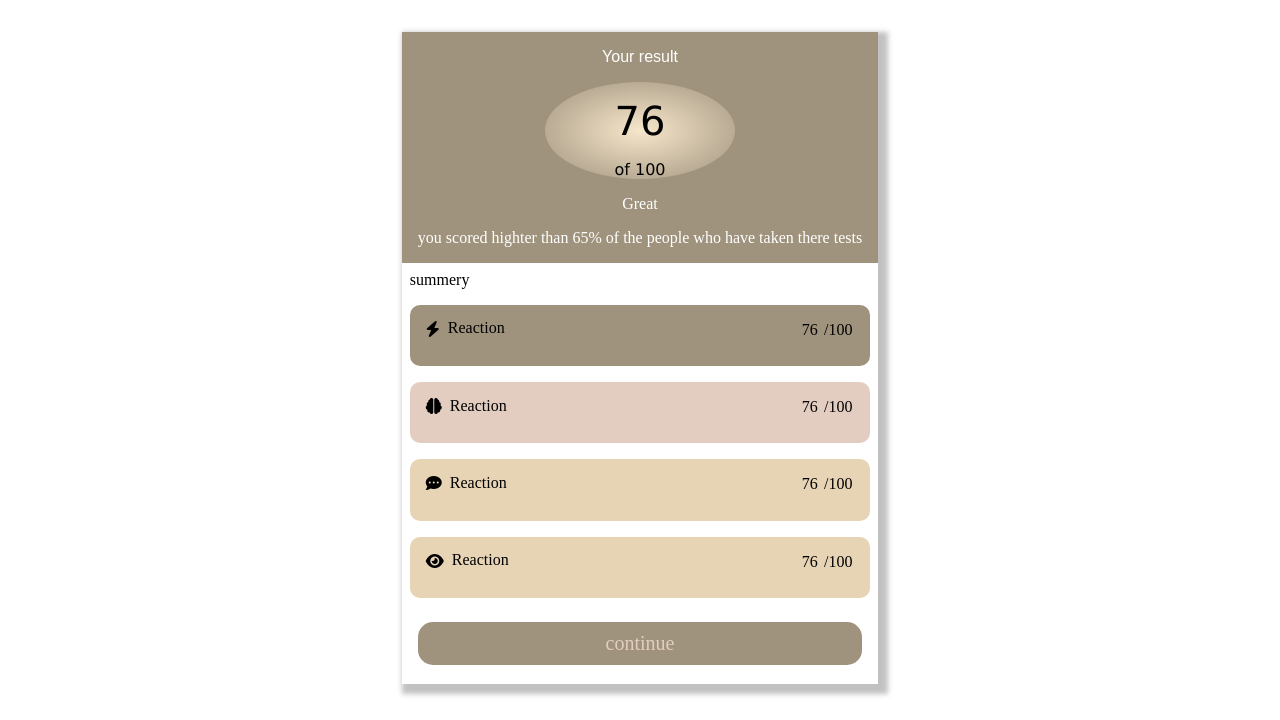
Repository: rahanwz/Card2-raha
Page: card2.html
These files come from the project's save history. The page is drawn as it stood at one moment and after a run of saves; the edit follows.
The browser window is 1280 px wide. The pictures show the whole page.
Some web fonts or font styles are not loaded; a fallback is used. Some web libraries are served in a nearby version.

Above is the page before, as saved 2024-02-21 16:23:34.

### card2.html
<!DOCTYPE html>
<html lang="en">
  <head>
    <meta charset="UTF-8" />
    <meta name="viewport" content="width=device-width, initial-scale=1.0" />
    <title>Document</title>
    <link rel="stylesheet" href="card2.css" />
    <script src="https://kit.fontawesome.com/7f69033cb8.js" crossorigin="anonymous"></script>

   <link rel="preconnect" href="https://fonts.googleapis.com">
<link rel="preconnect" href="https://fonts.gstatic.com" crossorigin>
<link href="https://fonts.googleapis.com/css2?family=Josefin+Sans:ital,wght@0,100..700;1,100..700&family=Protest+Riot&display=swap" rel="stylesheet"></head>
  <body>
    <div class="container">
      <div class="card_container">
        <div class="top_card">
          <p style="color: #fff; font-family:Protest Riot, sans-serif;
  font-weight: 400;
  font-style: normal;">Your result</p>
          <div class="present">
            <p>76</p>
            <p>of 100</p>
          </div>
          <p style="padding-top: 1rem; color: #fff">Great</p>
          <p class="describ" style="color: #fff">
            you scored highter than 65% of the people who have taken there tests
          </p>
        </div>
        <div class="bottom_card">
          <p>summery</p>
          <div class="box box1">
            <p
              style="
                border-top-left-radius: 10px;
                border-bottom-left-radius: 10px;
              "
            >
             <i class="fa-solid fa-bolt"></i> <span style="padding-top: .4rem;">Reaction</span>
            </p>
            <div class="number">
              <p
                style="
                  border-top-right-radius: 10px;
                  border-bottom-right-radius: 10px;
                  padding-top: 1rem;
                "
              >
                <span style="width: 50%; padding: 1rem; margin-top: -1rem"
                  >76</span
                ><span>/</span>100
              </p>
            </div>
          </div>
          <div class="box box2">
            <p
              style="
                border-top-left-radius: 10px;
                border-bottom-left-radius: 10px;

              "
            >
              <i class="fa-solid fa-brain icon"></i><span style="padding-top: .4rem;">Reaction</span>
            </p>
            <div class="number">
              <p
                style="
                  border-top-right-radius: 10px;
                  border-bottom-right-radius: 10px;
                   padding-top: 1rem;
                "
              >
                <span style="width: 50%; padding: 1rem; margin-top: -1rem"
                  >76</span
                ><span>/</span>100
              </p>
            </div>
          </div>

          <div class="box box3">
            <p
              style="
                border-top-left-radius: 10px;
                border-bottom-left-radius: 10px;

              "
            >
              <i class="fa-solid fa-comment-dots"></i> <span style="padding-top: .4rem;">Reaction</span>
            </p>
            <div class="number">
              <p
                style="
                  border-top-right-radius: 10px;
                  border-bottom-right-radius: 10px;
                   padding-top: 1rem;
                "
              >
                <span style="width: 50%; padding: 1rem; margin-top: -1rem"
                  >76</span
                ><span>/</span>100
              </p>
            </div>
          </div>
          <div class="box box3">
            <p
              style="
                border-top-left-radius: 10px;
                border-bottom-left-radius: 10px;

              "
            >
              <i class="fa-solid fa-eye"></i> <span style="padding-top: .4rem;">Reaction</span>
            </p>
            <div class="number">
              <p
                style="
                  border-top-right-radius: 10px;
                  border-bottom-right-radius: 10px;
                   padding-top: 1rem;
                "
              >
                <span style="width: 50%; padding: 1rem; margin-top: -1rem"
                  >76</span
                ><span>/</span>100
              </p>
            </div>
          </div>
        </div>
        <div class="box5">
          <a href="#">continue</a>
        </div>
      </div>
    </div>
  </body>
</html>

### card2.css
* {
  padding: 0;
  margin: 0;
  box-sizing: border-box;
}
body {
  display: flex;
  justify-content: center;
}
.container {
  padding: 2rem;
}
.card_container {
  box-shadow: 5px 5px 5px 5px #3e3e3e51;
}

.card_container {
  text-align: center;
  width: 100%;
}

.top_card :first-child {
  padding: 1rem;
}
.present :first-child {
  font-size: 2.5rem;

}

.present {
  height: 100%;
  width: 40%;
  border-radius: 100%;
  background: radial-gradient(#f6e6cb, #a0937d);
  margin: auto;
   font-family:'Lucida Sans', 'Lucida Sans Regular', 'Lucida Grande', 'Lucida Sans Unicode', Geneva, Verdana, sans-serif
}

.describ {
  padding: 1rem;
}

.top_card {
  background-color: #a0937d;
}

.bottom_card :first-child {
  padding: 0.5rem;
  display: flex;
}

.bottom_card .box {
  display: flex;
  padding: 0.5rem;
}

.box1 p {
  background-color: #a0937d;
  width: 100%;
  height: 8.5vh;
  padding-right: 1rem;
}

.box2 p {
  background: #e3cdc1;
  width: 100%;
  height: 8.5vh;
  padding-right: 1rem;
}
.box3 p {
  background: #e7d4b5;
  padding-right: 1rem;
  width: 100%;
  height: 8.5vh;
}
.box4 p {
  background: #f6e6cb;
  width: 100%;
  height: 8.5vh;
  padding-right: 1rem;
}

.number {
  display: flex;
}

a {
  align-items: center;
  height: 6vh;
  display: flex;
  margin: 1rem;
  justify-content: center;
  background-color: #a0937d;
  text-decoration: none;
  border-radius: 15px;
  font-size: 20px;
  color: #e3cdc1;
}

.box5 {
  height: 8.6vh;
  padding: auto;
}

After the next 4 saves:
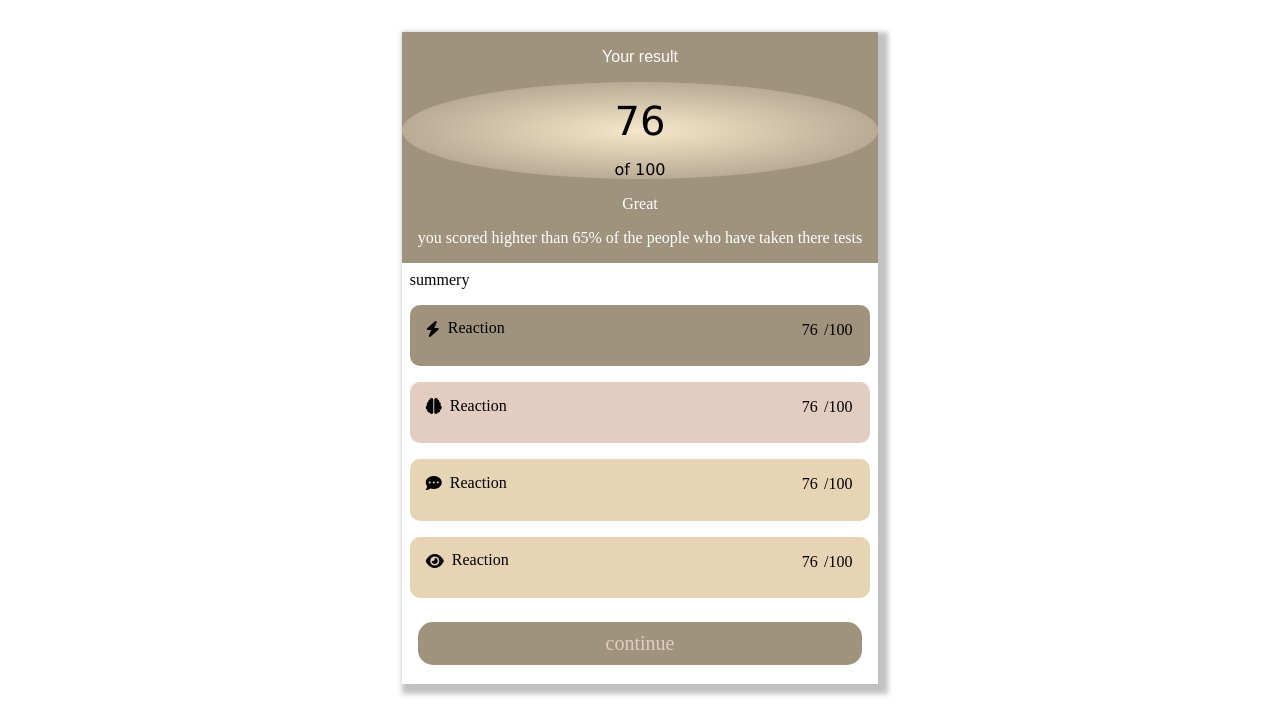
The 4 saves are shown as one change because they came seconds apart.
The last was saved 32 s later.
--- a/card2.css
+++ b/card2.css
@@ -28,7 +28,7 @@
 }
 
 .present {
-  height: 100%;
+  height:;25vh
   width: 40%;
   border-radius: 100%;
   background: radial-gradient(#f6e6cb, #a0937d);

After the 2 saves that followed:
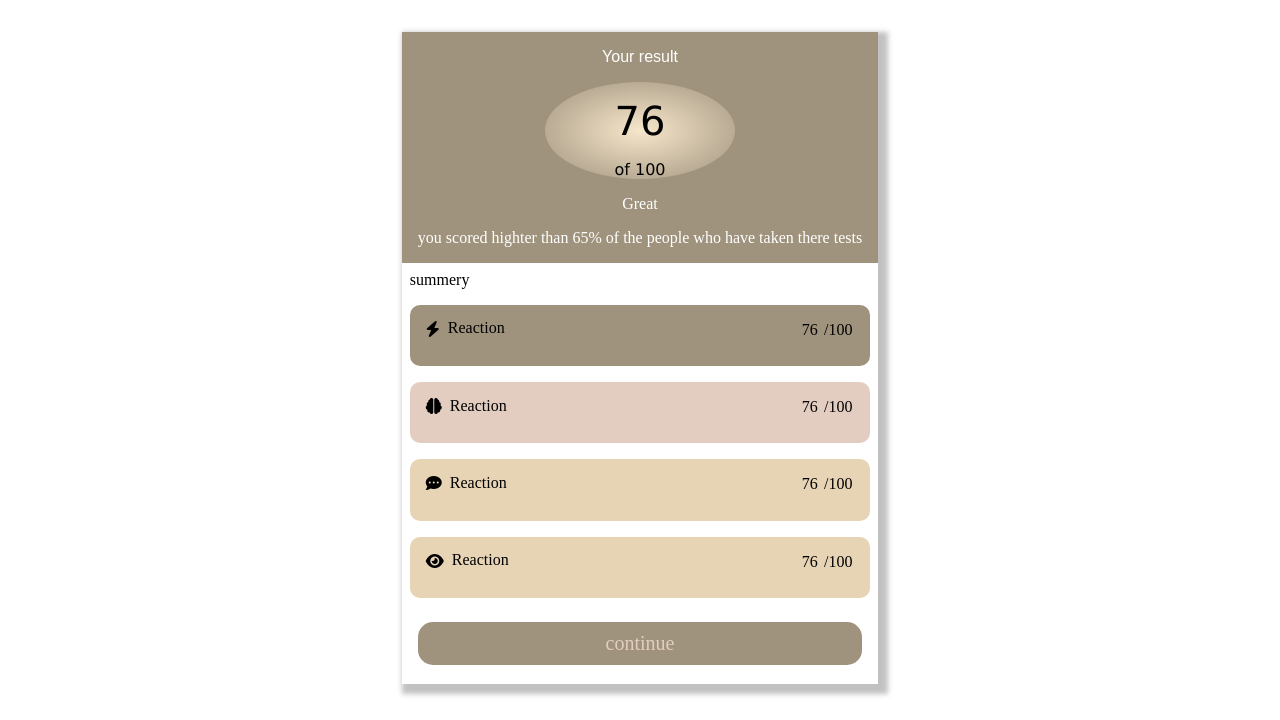
The 2 saves are shown as one change because 1 left the picture as it was.
The last was saved 14 s later.
--- a/card2.css
+++ b/card2.css
@@ -28,7 +28,7 @@
 }
 
 .present {
-  height:;25vh
+  height:25;
   width: 40%;
   border-radius: 100%;
   background: radial-gradient(#f6e6cb, #a0937d);
